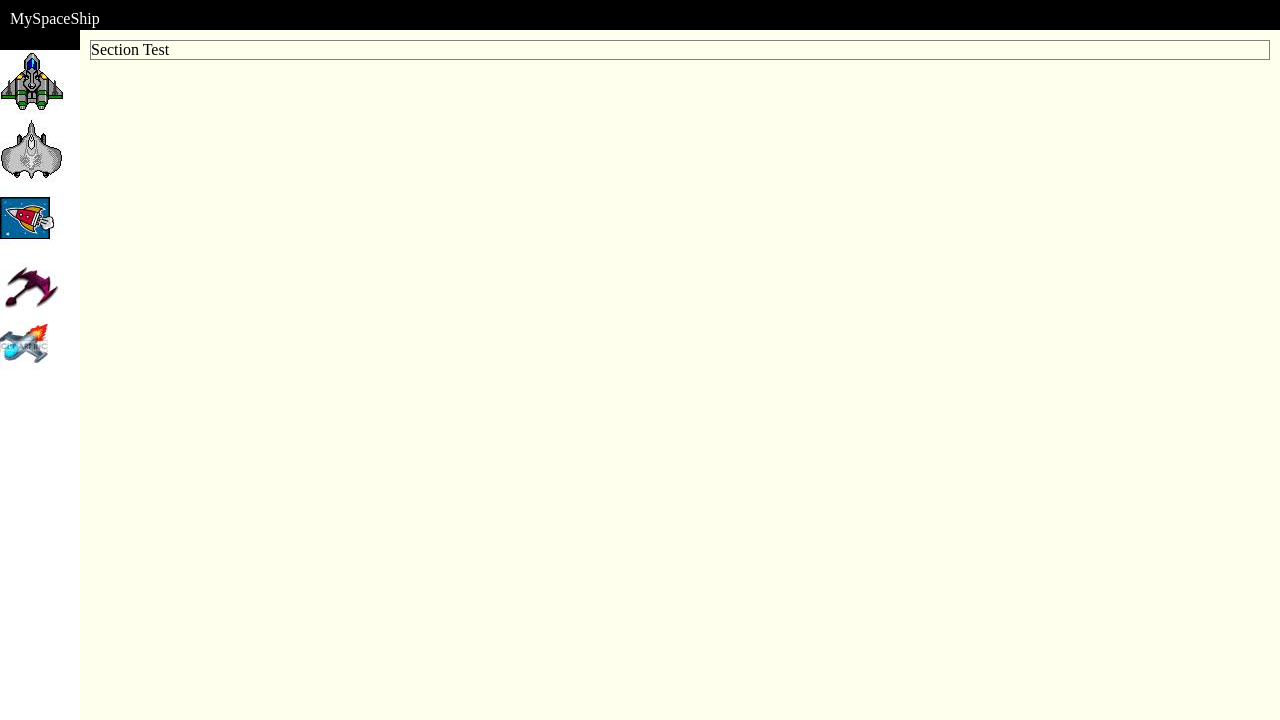
Repository: eudesf/MySpaceShip
Page: MySpaceShip/WebContent/index.html
These files come from the project's save history. The page is drawn as it stood at one moment and after the next save; the edit follows.
The browser window is 1280 px wide. The pictures show the whole page.

Above is the page before, as saved 2012-03-15 20:28:02.

After the next save:
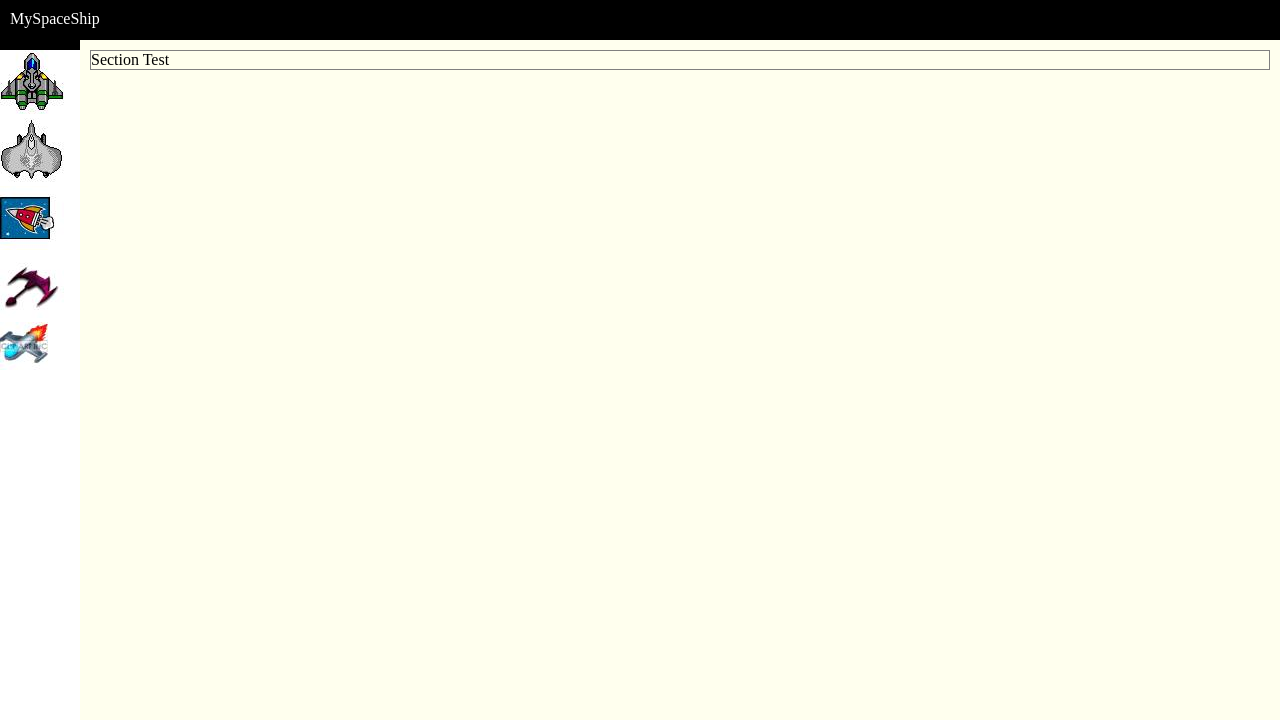
Saved 10 s later.
--- a/MySpaceShip/WebContent/index.html
+++ b/MySpaceShip/WebContent/index.html
@@ -26,7 +26,7 @@
 				position: absolute;
 				left: 80px;
 				right: 0px;
-				top: 30px;
+				top: 40px;
 				bottom: 0px;
 				background: #FFE;
 			}
